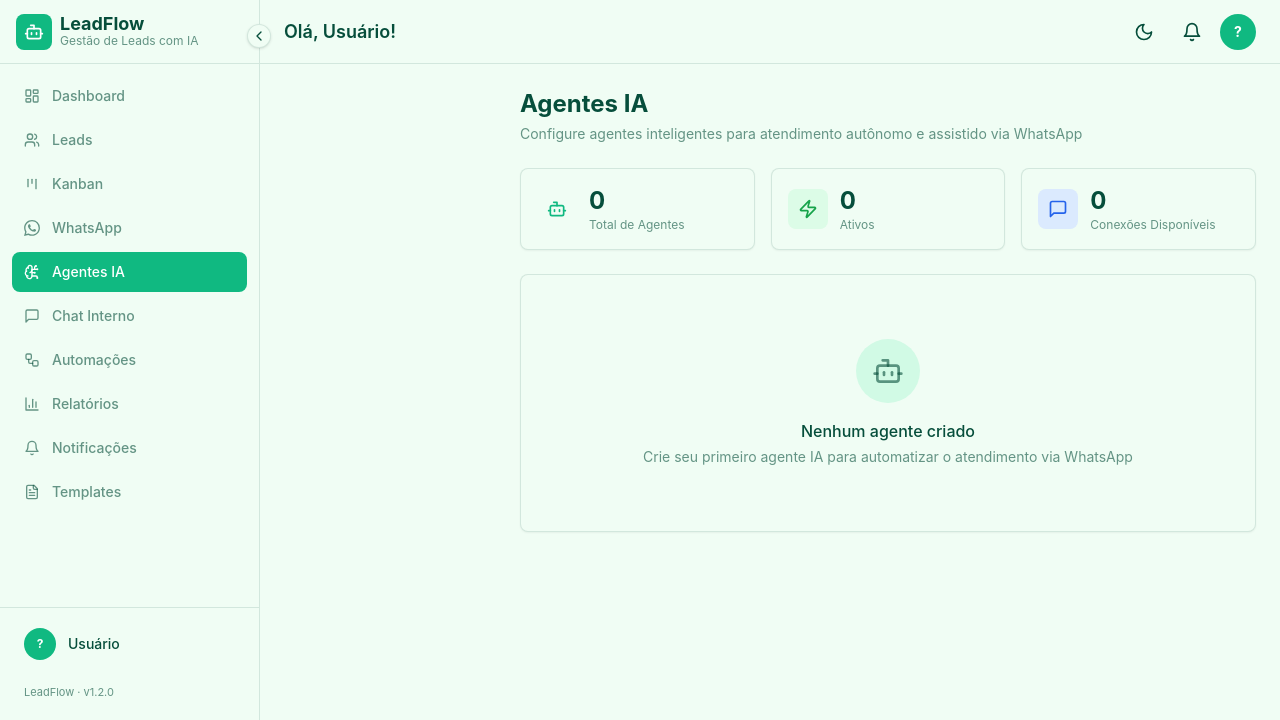
Repository: agclickon/qualivox
Page: /agentes
An editor plug-in stored every save of this project. The page is shown before and after the next save, followed by the edit.
The browser window is 1280 px wide. The pictures show the whole page.
The page's requests for data from a server got no answer. The project was rebuilt for these pictures with package versions that can differ from the ones it lists, and the page was loaded fresh each time. The framework's server and built-in components were replaced by stand-ins that run in the browser. No one was signed in, and anything a server would have sent is missing. Also part of the build but not shown: next.config.js, src/components/layout/breadcrumbs.tsx.

Above is the page before, as saved 2026-04-08 17:54:31.

After the next save:
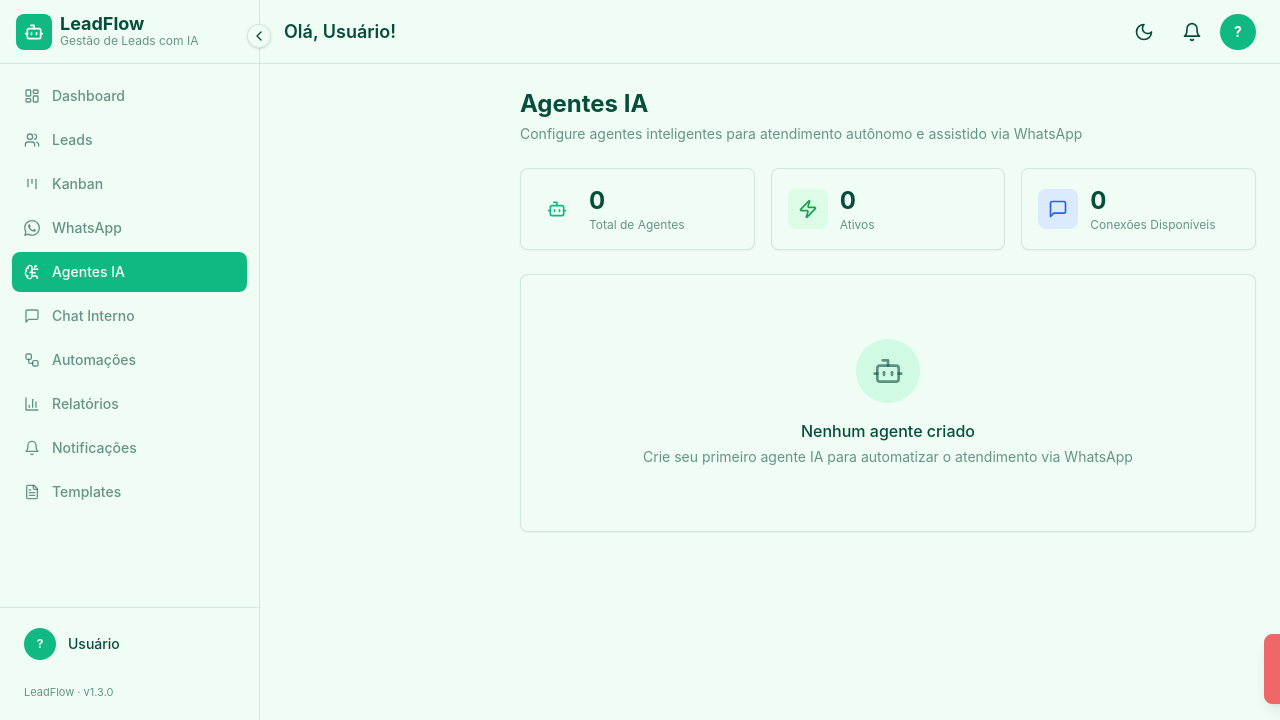
Saved 2 s later.
--- a/src/lib/app-info.ts
+++ b/src/lib/app-info.ts
@@ -1,3 +1,3 @@
 export const APP_NAME = "LeadFlow"
 export const APP_TAGLINE = "Gestão de Leads com IA"
-export const APP_VERSION = "v1.2.0"
+export const APP_VERSION = "v1.3.0"
